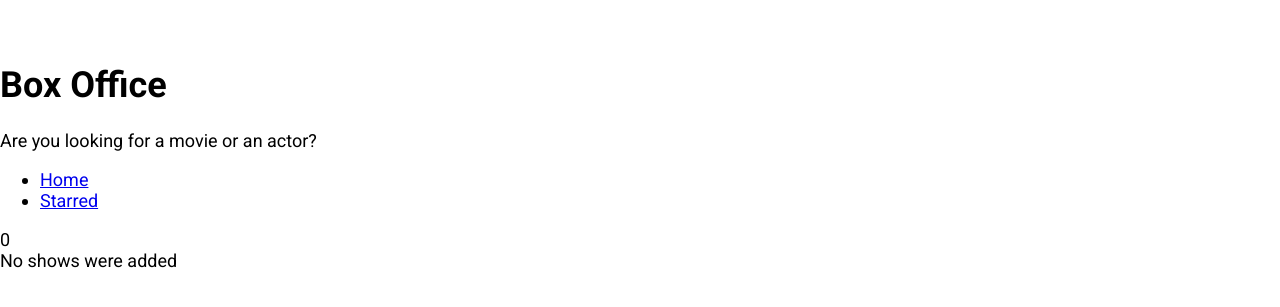
Repository: Hrishabhsinghai/box-office
Page: /starred
These files come from the project's save history. The page is drawn as it stood at one moment and after the next save; the edit follows.
The browser window is 1280 px wide. The pictures show the whole page.
The project was rebuilt for these pictures with package versions that can differ from the ones it lists, and the page was loaded fresh each time. Also part of the build but not shown: src/components/styled.js, src/components/show/ShowMainData.styled.js, src/components/show/ShowMainData.js, src/components/show/Details.styled.js, src/components/show/Details.js, src/components/show/Seasons.styled.js, src/components/show/Seasons.js, src/components/show/Cast.styled.js and 10 more.

Above is the page before, as saved 2022-07-02 12:55:13.

### src/App.js
import React from 'react';
import { Switch, Route } from 'react-router-dom';
import Show from './pages/Show';

import Home from './pages/Home';
import Starred from './pages/Starred';

function App() {
  return (
    <Switch>
      <Route exact path="/">
        <Home />
      </Route>

      <Route exact path="/starred">
        <Starred />
      </Route>

      <Route exact path="/show/:id">
        <Show />
      </Route>

      <Route>
        <div>Not found</div>
      </Route>
    </Switch>
  );
}

export default App;

### src/pages/Starred.js
import React, { useState, useEffect } from 'react';
import MainPageLayout from '../components/MainPageLayout';
import { useShows } from '../misc/custom-hooks';
import { apiGet } from '../misc/config';
import ShowGrid from '../components/show/ShowGrid';
const Starred = () => {
  const [starred] = useShows();

  const [shows, setShows] = useState(null);
  const [isLoading, setIsloading] = useState(true);
  const [error, setError] = useState(null);

  useEffect(() => {
    if (starred && starred.leength > 0) {
      const promises = starred.map(ShowId => apiGet(`/shows/${ShowId}`));
      Promise.all(promises)
        .then(apiData => apiData.map(show => ({ show })))
        .then(results => {
          setShows(results);
          setIsloading(false);
        })
        .catch(err => {
          setError(err.message);
          setIsloading(false);
        });
    } else {
      setIsloading(false);
    }
  }, [starred]);

  return (
    <MainPageLayout>
      {isLoading & <div>Shows are still loading</div>}{' '}
      {error && <div>Error occured : {error}</div>}
      {!isLoading && !shows && <div>No shows were added</div>}
      {!isLoading && !error && shows && <ShowGrid data={shows} />}
    </MainPageLayout>
  );
};

export default Starred;

### src/misc/config.js
const API_BASE_URL = `https://api.tvmaze.com`;

export async function apiGet(queryString) {
  const response = await fetch(`${API_BASE_URL}${queryString}`).then(r =>
    r.json()
  );

  return response;
}

### src/misc/custom-hooks.js
import { useReducer, useEffect } from 'react';

function showsReducer(prevState, action) {
  switch (action.type) {
    case 'ADD': {
      return [...prevState, action.showId];
    }

    case 'REMOVE': {
      return prevState.filter(showId => showId !== action.showId);
    }

    default:
      return prevState;
  }
}

function usePersistedReducer(reducer, initialState, key) {
  const [state, dispatch] = useReducer(reducer, initialState, initial => {
    const persisted = localStorage.getItem(key);

    return persisted ? JSON.parse(persisted) : initial;
  });

  useEffect(() => {
    localStorage.setItem(key, JSON.stringify(state));
  }, [state, key]);

  return [state, dispatch];
}

export function useShows(key = 'shows') {
  return usePersistedReducer(showsReducer, [], key);
}

Loaded but not shown: public/index.html (common file); src/index.js (common file); src/index.css (common file); src/reportWebVitals.js (common file); src/components/MainPageLayout.js (common file); src/components/Navs.js (common file); src/components/Title.js (common file)

After the next save:
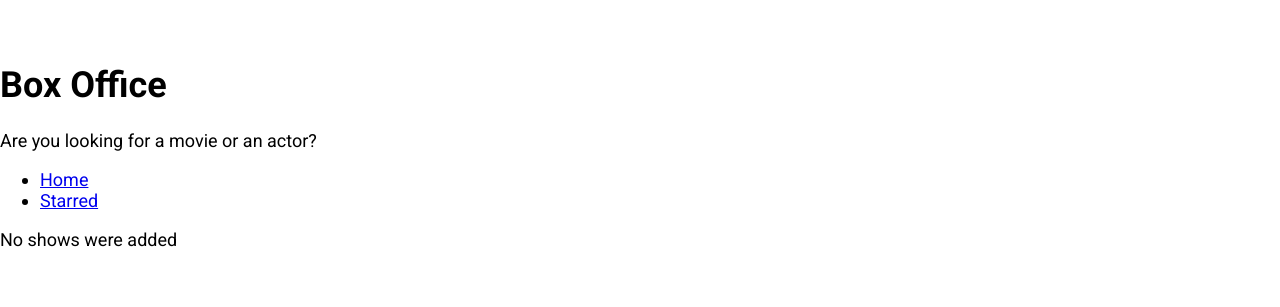
Saved 55 s later.
--- a/src/pages/Starred.js
+++ b/src/pages/Starred.js
@@ -3,35 +3,37 @@
 import { useShows } from '../misc/custom-hooks';
 import { apiGet } from '../misc/config';
 import ShowGrid from '../components/show/ShowGrid';
+
 const Starred = () => {
   const [starred] = useShows();
 
   const [shows, setShows] = useState(null);
-  const [isLoading, setIsloading] = useState(true);
+  const [isLoading, setIsLoading] = useState(true);
   const [error, setError] = useState(null);
 
   useEffect(() => {
-    if (starred && starred.leength > 0) {
-      const promises = starred.map(ShowId => apiGet(`/shows/${ShowId}`));
+    if (starred && starred.length > 0) {
+      const promises = starred.map(showId => apiGet(`/shows/${showId}`));
+
       Promise.all(promises)
         .then(apiData => apiData.map(show => ({ show })))
         .then(results => {
           setShows(results);
-          setIsloading(false);
+          setIsLoading(false);
         })
         .catch(err => {
           setError(err.message);
-          setIsloading(false);
+          setIsLoading(false);
         });
     } else {
-      setIsloading(false);
+      setIsLoading(false);
     }
   }, [starred]);
 
   return (
     <MainPageLayout>
-      {isLoading & <div>Shows are still loading</div>}{' '}
-      {error && <div>Error occured : {error}</div>}
+      {isLoading && <div>Shows are still loading</div>}
+      {error && <div>Error occured: {error}</div>}
       {!isLoading && !shows && <div>No shows were added</div>}
       {!isLoading && !error && shows && <ShowGrid data={shows} />}
     </MainPageLayout>

After the save that followed:
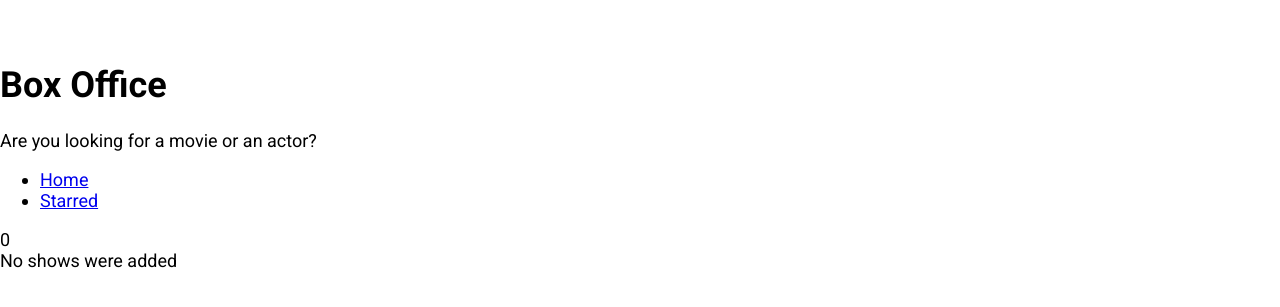
Saved 4 min 10 s later.
--- a/src/pages/Starred.js
+++ b/src/pages/Starred.js
@@ -8,32 +8,31 @@
   const [starred] = useShows();
 
   const [shows, setShows] = useState(null);
-  const [isLoading, setIsLoading] = useState(true);
+  const [isLoading, setIsloading] = useState(true);
   const [error, setError] = useState(null);
 
   useEffect(() => {
-    if (starred && starred.length > 0) {
-      const promises = starred.map(showId => apiGet(`/shows/${showId}`));
-
+    if (starred && starred.leength > 0) {
+      const promises = starred.map(ShowId => apiGet(`/shows/${ShowId}`));
       Promise.all(promises)
         .then(apiData => apiData.map(show => ({ show })))
         .then(results => {
           setShows(results);
-          setIsLoading(false);
+          setIsloading(false);
         })
         .catch(err => {
           setError(err.message);
-          setIsLoading(false);
+          setIsloading(false);
         });
     } else {
-      setIsLoading(false);
+      setIsloading(false);
     }
   }, [starred]);
 
   return (
     <MainPageLayout>
-      {isLoading && <div>Shows are still loading</div>}
-      {error && <div>Error occured: {error}</div>}
+      {isLoading & <div>Shows are still loading</div>}{' '}
+      {error && <div>Error occured : {error}</div>}
       {!isLoading && !shows && <div>No shows were added</div>}
       {!isLoading && !error && shows && <ShowGrid data={shows} />}
     </MainPageLayout>
